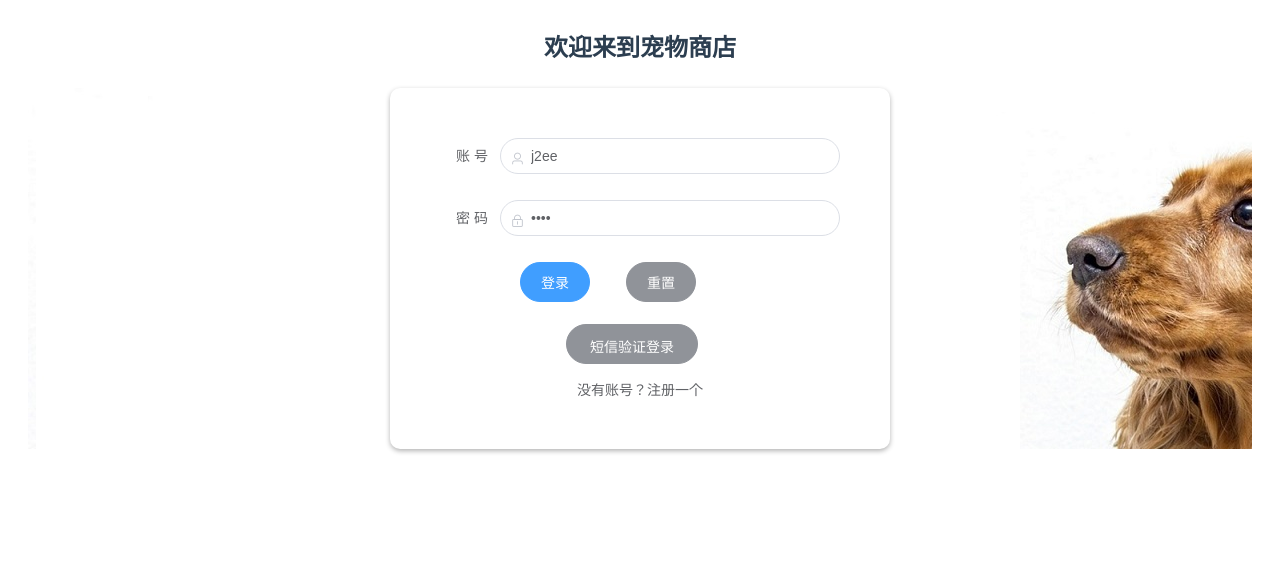
Repository: BreezeDoudou/hellovue
Page: /
The author's editor kept a copy of each file at every save. The page is drawn from the files as they stood at one save, then again after the next save.
The browser window is 1280 px wide. The pictures show the whole page.
The project was rebuilt for these pictures with package versions that can differ from the ones it lists, and the page was loaded fresh each time. Also part of the build but not shown: src/components/appcomonents/test.vue, src/views/index.vue, src/components/appcomonents/navbar.vue, src/components/HelloWorld.vue, src/components/account/selfaccount.vue, src/components/account/editForm.vue, src/components/appcomonents/main.vue, src/components/appcomonents/productForm.vue and 4 more. Imported but missing from the stored project, and not drawn on this page: src/components/appcomonents/menu.vue.

Above is the page before, as saved 2023-05-18 23:42:44.

### index.html
<!DOCTYPE html>
<html>
  <head>
    <meta charset="utf-8">
    <meta name="viewport" content="width=device-width,initial-scale=1.0">
    <title>hellovue</title>
  </head>
  <body>
    <div id="app"></div>
    <!-- built files will be auto injected -->
  </body>
</html>

### src/main.js
// The Vue build version to load with the `import` command
// (runtime-only or standalone) has been set in webpack.base.conf with an alias.
import Vue from 'vue';
import ElementUI from 'element-ui';
import 'element-ui/lib/theme-chalk/index.css';
import App from './App.vue';
import router from './router'
import axios from 'axios'
Vue.use(ElementUI);

axios.defaults.baseURL='http://localhost:8080'
axios.defaults.withCredentials='true'

Vue.prototype.$http =axios
Vue.prototype.$userid =''
new Vue({
  el: '#app',
  router,
  template: '<App/>',
  components: { App }
});

### src/App.vue
<template>
  <div id="app">

    <el-container>
  <el-header><h2>欢迎来到宠物商店</h2>
     </el-header>
  <el-main><router-view></router-view></el-main>
</el-container>
    <!-- 路由占位符 -->


  </div>
</template>

<script>
import login from './components/account/login.vue'
import Views from './views/index.vue';
import navbar from './components/appcomonents/navbar.vue'
import menu from './components/appcomonents/menu.vue';
export default {
    name: "App",
    components: { Views ,navbar,login,menu}
}
</script>

<style>
#app {
  font-family: 'Avenir', Helvetica, Arial, sans-serif;
  -webkit-font-smoothing: antialiased;
  -moz-osx-font-smoothing: grayscale;
  text-align: center;
  color: #2c3e50;
  margin-top: 0px;
}
</style>

### src/router/index.js
import Vue from 'vue'
import Router from 'vue-router'
import login from '../components/account/login.vue'
import HelloWorld from '../components/HelloWorld.vue'
import register from '../components/account/register.vue'
import phone from '../components/account/loginbyphone.vue'
import index from '../views/index.vue'
import test from '../components/appcomonents/test.vue'
import selfaccount from '../components/account/selfaccount.vue'
import editForm from '../components/account/editForm.vue'
import main from '../components/appcomonents/main.vue'
import productForm from '../components/appcomonents/productForm.vue'
import itemForm from '../components/appcomonents/itemForm.vue'
import test1 from '../components/account/test1.vue'
import cart from '../components/appcomonents/cart.vue'
import order from '../components/appcomonents/order.vue'
Vue.use(Router)

export default new Router({
  mode: 'history',
  routes: [

    {

      path: '/hello',
      component: HelloWorld
    },
    {
      path: '/',
      component: login,
    },
    {
      path: '/phone',
      component: phone,
    },
    {
      path: '/register',
      component: register
    },
    {
      path:'/test',
      component:test
    },
    {
      path:'/test1',
      component:test1
    },
    {
      path:'/index',
      component:index,
      children:[
        {
          path:'/',
          component:main
        },
        {
          path:'/selfaccount',
          component:selfaccount
        },
        {
          path:'/edit',
          component:editForm
        },
        {
          path:'/productForm',
          component:productForm,
        },
        {
          path:'/itemForm',
          component:itemForm
        },
         {
          path:'/cart',
          component:cart
         },
         {
          path:'/order',
          component:order
         }
      ]
    }

  ]

})

### src/components/account/login.vue

  <template>
<div id="background">
  <el-form :model="ruleForm" :rules="rules" ref="ruleForm" label-width="60px"  hide-required-asterisk size="medium"
     validate-on-rule-change>
    <el-form-item label="账  号" prop="username">
     <el-input v-model="ruleForm.username" prefix-icon="el-icon-user" ></el-input>
    </el-form-item>
    <el-form-item label="密  码" prop="password">
     <el-input v-model="ruleForm.password" prefix-icon= "el-icon-lock" type="password"></el-input>
    </el-form-item>
    <el-form-item id="button1">
        <el-button type="primary" round @click="onSubmit" >登录</el-button>
        <el-button type="info" round @click="resetForm">重置</el-button>
  </el-form-item>
  <el-button type="info" round @click="change">短信验证登录</el-button>
  <el-link href="/register" target="_blank">没有账号？注册一个</el-link>
  </el-form>
</div>

</template>
  <script>

    export default {
      data() {
        return {
            ruleForm: {
            username:'j2ee',
            password:'j2ee'

          },
          rules: {
          username: [
            { required: true, message: '请输入用户名', trigger: 'blur' },
            { min: 4, max: 10, message: '长度在 4 到 10 个字符', trigger: 'blur' }
          ],
          password: [
            { required: true, message: '密码不能为空', trigger: 'blur'}
          ],

        }
        }

      },
      methods: {
         resetForm(){
            console.log(this);
            this.$nextTick(() => {
        this.$refs['ruleForm'].resetFields();
      })
         },

        onSubmit() {
            this.$refs['ruleForm'].validate(async vali=>{
                if(!vali)return;
              const result= await this.$http.post('/Account',this.ruleForm);
              console.log(result.data)
              if(result.data.status!=0) this.$message({
          message: '账号或密码错误',
          type: 'warning'})
             else {this.$message({
          message: '登陆成功',
          type: 'success'})
          console.log(result.data.data.userid)
          this.$userid = result.data.data.userid;
          this.$router.push('/index?userid='+result.data.data.userid)

             }


            })
      },
      change(){
        this.$router.push('/phone')
      }

    }
}
  </script>
  <style>
.el-form {
    max-width: 400px;
    margin: 0 auto;
    padding: 50px;
    background-color: #fff;
    border-radius: 10px;
    box-shadow: 0 2px 5px rgba(0, 0, 0, 0.3);
  }

  /* 设置表单项之间的间距 */
  .el-form-item {
    margin-bottom: 30 px;
  }

  /* 利用 !important 强制更改样式的圆角为 20px */
  .el-input__inner,
  .el-button {
    border-radius: 20px !important;
  }

  /* 设置登录按钮样式 */
  .el-button[type="primary"] {
    width: 100%;
    height: 40px;
    border: none;
    margin-top: 30px;
    background-color: #1189FF;
  }

  /* 设置注册链接的样式 */
  .el-link {
    margin-top: 15px;
    display: block;
    text-align: center;
    color: #999;
  }

  /* 设置短信登录按钮的样式 */
  .el-button[type="info"] {
    height: 40px;
    margin-right: 10px;
  }

  .el-form-item.is-required:first-child .el-form-item__label {
    display: inline-block;
  }


  /* flex布局 */
  .el-form-item__content {
    display: flex;
    justify-content: space-between;
    align-items: center;
  }

  /* 调整input的宽度 */
  #authcode {
    width: 100%;
  }

  /* 设置发送验证码按钮位置 */
  .el-form-item__content .el-button {
    margin-left: 20px; /* 根据需要更改间距 */
  }

  #button1{
    display: flex;
  }

  #background{
    background-image: url("~@/assets/background.jpg");
}
</style>

### src/components/account/register.vue
<template>
    <el-form :model="registerForm" :rules="rules" ref="registerForm" label-width="100px" size="medium"
        validate-on-rule-change hide-required-asterisk status-icon>
        <h1>注册你的账号</h1>
        <el-form-item label="账  号" prop="userid">
            <el-input v-model="registerForm.userid" prefix-icon="el-icon-user"></el-input>
        </el-form-item>
        <el-form-item label="密码" prop="password">
            <el-input v-model="registerForm.password"></el-input>
        </el-form-item>
        <el-form-item label="重复密码" prop="repetpassword">
            <el-input v-model="registerForm.repetpassword"></el-input>
        </el-form-item>
        <el-form-item label="邮箱" prop="email">
            <el-input v-model="registerForm.email"></el-input>
            <el-button type="primary" @click="send">发送验证码</el-button>
        </el-form-item>
        <el-form-item label="邮箱验证码" prop="authcode">
            <el-input v-model="registerForm.authcode"></el-input>
        </el-form-item>
        <el-form-item label="手机号" prop="phone">
            <el-input v-model="registerForm.phone"></el-input>
        </el-form-item>
        <el-form-item label="姓" prop="firstname">
            <el-input v-model="registerForm.firstname"></el-input>
        </el-form-item>
        <el-form-item label="名" prop="lastname">
            <el-input v-model="registerForm.lastname"></el-input>
        </el-form-item>
        <el-form-item label="地址一" prop="addr1">
            <el-input v-model="registerForm.addr1"></el-input>
        </el-form-item>
        <el-form-item label="地址二" prop="addr2">
            <el-input v-model="registerForm.addr2"></el-input>
        </el-form-item>
        <el-form-item label="城市" prop="city">
            <el-input v-model="registerForm.city"></el-input>
        </el-form-item>
        <el-form-item label="区域" prop="state">
            <el-input v-model="registerForm.state"></el-input>
        </el-form-item>
        <el-form-item label="是否为管理员" prop="status">
            <el-input v-model="registerForm.status"></el-input>
        </el-form-item>
        <el-form-item label="地区编号" prop="zip">
            <el-input v-model="registerForm.zip"></el-input>
        </el-form-item>
        <el-form-item label="国家" prop="country">
            <el-input v-model="registerForm.country"></el-input>
        </el-form-item>
        <el-form-item>
            <el-button type="primary" @click="onSubmit">立即创建</el-button>
            <el-button @click="back">返回登陆</el-button>
        </el-form-item>
    </el-form>
</template>

<script>
export default {
    data() {var validatePass2 = (rule, value, callback) => {
            if (value === '') {
                callback(new Error('请再次输入密码'));
            } else if (value !== this.registerForm.password) {
                callback(new Error('两次输入密码不一致!'));
            } else {
                callback();
            }
        };
        var validateUserid = (rule, value, callback) => {
            if (value === '') { callback(new Error('请输入账号')) }
            else {
                this.$http.get('/isAccountExit', {
                    params: {
                        account: value
                    }}).then(
                        success => {
                            console.log(success.data)
                            if(success.data.data==='账号已存在'){
                                callback(new Error('账号此存在'))
                            }
                            else{
                                callback()
                            }
                        }
                    )

            }

        };
        return {
            registerForm: {
                userid: 'test',
                password: 'test',
                lastname: 'test',
                email: '2210530985@qq.com',
                authcode: '4455',
                authcode_1: 'test',
                firstname: 'test',
                state: 'test',
                status: 'ok',
                repetpassword: 'test',
                city: 'test',
                country: 'test',
                zip: 'test',
                phone: '18710413658',
                addr1: 'test',
                addr2: 'test'
            },
            rules: {
                userid: [
                    {
                        validator: validateUserid, trigger: 'blur'
                    }
                ],

                phone: [
                    { required: true, message: '请输入手机号', trigger: 'blur' },
                    { min: 11, max: 11, message: '请输入正确的手机号', trigger: 'blur' }
                ],
                password: [
                    { required: true, message: '密码不能为空', trigger: 'blur' }
                ],
                lastname: [
                    { required: true, message: '名不能为空', trigger: 'blur' },
                ],
                email: [
                    { required: true, message: '邮箱不能为空', trigger: 'blur' },
                    { type: 'email', message: '请输入正确的邮箱地址', trigger: ['blur', 'change'] }
                ],
                authcode: [
                    { required: true, message: '验证码不能为空', trigger: 'blur' },
                ],
                firstname: [
                    { required: true, message: '姓氏不能为空', trigger: 'blur' },
                ], state: [
                    { required: true, message: '州不能为空', trigger: 'blur' },
                ], status: [
                    { required: true, message: '权限不能为空', trigger: 'blur' },
                ],
                country: [
                    { required: true, message: '国家不能为空', trigger: 'blur' },
                ],
                repetpassword: [
                    {
                        validator: validatePass2, trigger: 'blur'
                    }
                ]


            }
        };




    },
    methods: {
        onSubmit() {
            console.log(this.registerForm);
            this.$refs['registerForm'].validate(async vali=>{
             if(!vali)
               return;
               const result =await this.$http.post('/newAccount',this.registerForm,{
                params:{
                    authcode:this.registerForm.authcode,
                    password:this.registerForm.password
                }
               })
               console.log(result.data)
        })
    },
        back() {
            this.$router.push('/')
        },
        resetForm() {

            this.$nextTick(() => {
                this.$refs['registerForm'].resetFields();
            })
        },
        send(){
             if(this.registerForm.email!=''){
                this.$http.get('/email',{
                    params:{
                        email:this.registerForm.email}
                    }).then(
                        success=>{console.log(success.data),
                        this.$message({ message: '发送成功',
                            type: 'success'})}

                    )
                }
             }
        }
    }

</script>

<style>
/* 注册表单样式 */
.el-form {
  width: 600px;
  margin: 50px auto;
  padding: 30px;
  border-radius: 8px;
  box-shadow: 0 5px 20px rgba(0, 0, 0, 0.2);
  background-color: #ffffff;
}

/* 表单标题样式 */
.el-form h1 {
  margin-bottom: 18px;
  font-size: 24px;
  font-weight: bold;
}

/* 表单输入控件样式 */
.el-input {
  width: 100%;
  height: 40px;
  border-radius: 4px;
  font-size: 14px;
  line-height: 1.5;
}

/* 输入框prefix-icon样式 */
.el-input__prefix {
  color: #c0c4cc;
}

/* 发送验证码按钮样式 */
.el-button--primary {
  margin-left: 12px;
  height: 40px;
  line-height: 38px;
  font-size: 14px;
}

/* 按钮样式 */
.el-button {
  height: 40px;
  line-height: 20px;
  font-size: 14px;
  margin-right: 16px;
  border-radius: 4px;
}

/* 返回链接样式 */
.el-form-item__content > a {
  color: #409eff;
  font-size: 14px;
}

/* 错误提示样式 */
.el-form-item__error {
  font-size: 14px;
  color: #f56c6c;
}

/* 验证成功图标样式 */
.el-icon-check {
  color: #67c23a;
}

/* 验证失败图标样式 */
.el-icon-close {
  color: #f56c6c;
}

.el-form-item__content {
  display: flex;
  align-items: center;
}

.el-input {
  flex: 1; /* 占据剩余空间 */
}

.el-button--primary {
  margin-left: 10px;
}
</style>

### src/components/account/loginbyphone.vue
<template>
    <el-form :model="ruleForm" :rules="rules" ref="ruleForm" label-width="60px" hide-required-asterisk size="medium"
        validate-on-rule-change>
        <el-form-item label="手机号" prop="phone">
            <el-input v-model="ruleForm.phone" prefix-icon="el-icon-phone"></el-input>
        </el-form-item>
        <el-form-item label="验证码" prop="authcode">
            <el-input v-model="ruleForm.authcode" prefix-icon="el-icon-s-promotion" id="authcode"></el-input>
            <el-button type="primary" round @click="send" size="small">发送验证码</el-button>
        </el-form-item>
        <el-form-item id="button1">
            <el-button type="primary" round @click="onSubmit">登录</el-button>
            <el-button type="info" round @click="resetForm">重置</el-button>
        </el-form-item>
        <el-button type="info" round @click="change">账号密码登录</el-button>
        <el-link href="/register" target="_blank">没有账号？注册一个</el-link>
    </el-form>
</template>
<script>

export default {
    data() {
        return {
            ruleForm: {
                phone: '18710413658',
                authcode: '',
                authcode_1: ''
            },
            rules: {
                phone: [
                    { required: true, message: '请输入手机号', trigger: 'blur' },
                    { min: 11, max: 11, message: '请输入正确的手机号', trigger: 'blur' }
                ],
                password: [
                    { required: true, message: '验证码不能为空', trigger: 'blur' },
                    { min: 4, max: 4, message: '请输入正确的验证码', trigger: 'blur' }
                ],

            }
        }

    },
    methods: {
        resetForm() {
            console.log(this);
            this.$nextTick(() => {
                this.$refs['ruleForm'].resetFields();
            })
        },

        onSubmit() {
            this.$refs['ruleForm'].validate(async vali => {
                if (!vali) return;
                const result = await this.$http.get('/Phone', {
                    params: {
                        Phone: this.ruleForm.phone,
                        Authcode: this.ruleForm.authcode
                    }
                });
                console.log(result.data)
                if (result.data.status != 0) this.$message({
                    message: '验证码错误',
                    type: 'warning'
                })
                else this.$message({
                    message: '登陆成功',
                    type: 'success'
                })
            })
        },

        change() {
            this.$router.push('/')
        },
        send() {
            if (this.ruleForm.phone != '' && this.ruleForm.phone.length == 11) {
                this.$http.get('/message', {
                    params: {
                        Phone: this.ruleForm.phone
                    }
                }).then(
                    succuess => {
                        console.log(succuess.data)
                        this.ruleForm.authcode_1 = 3344
                        this.$message({
                            message: '发送成功',
                            type: 'success'
                        })
                    }
                )

            }

        }


    }
}
</script>
<style>
.el-form {
    max-width: 400px;
    margin: 0 auto;
    padding: 50px;
    background-color: #fff;
    border-radius: 10px;
    box-shadow: 0 2px 5px rgba(0, 0, 0, 0.3);
  }

  /* 设置表单项之间的间距 */
  .el-form-item {
    margin-bottom: 30 px;
  }

  /* 利用 !important 强制更改样式的圆角为 20px */
  .el-input__inner,
  .el-button {
    border-radius: 20px !important;
  }

  /* 设置登录按钮样式 */
  .el-button[type="primary"] {
    width: 100%;
    height: 40px;
    border: none;
    margin-top: 30px;
    background-color: #1189FF;
  }

  /* 设置注册链接的样式 */
  .el-link {
    margin-top: 15px;
    display: block;
    text-align: center;
    color: #999;
  }

  /* 设置短信登录按钮的样式 */
  .el-button[type="info"] {
    height: 40px;
    margin-right: 10px;
  }

  .el-form-item.is-required:first-child .el-form-item__label {
    display: inline-block;
  }

  /* flex布局 */
  .el-form-item__content {
    display: flex;
    justify-content: space-between;
    align-items: center;
  }

  /* 调整input的宽度 */
  #authcode {
    width: 100%;
  }

  /* 设置发送验证码按钮位置 */
  .el-form-item__content .el-button {
    margin-left: 20px; /* 根据需要更改间距 */
  }

  #button1{
    display: flex;
    align-items: center;
  }
</style>

After the next save:
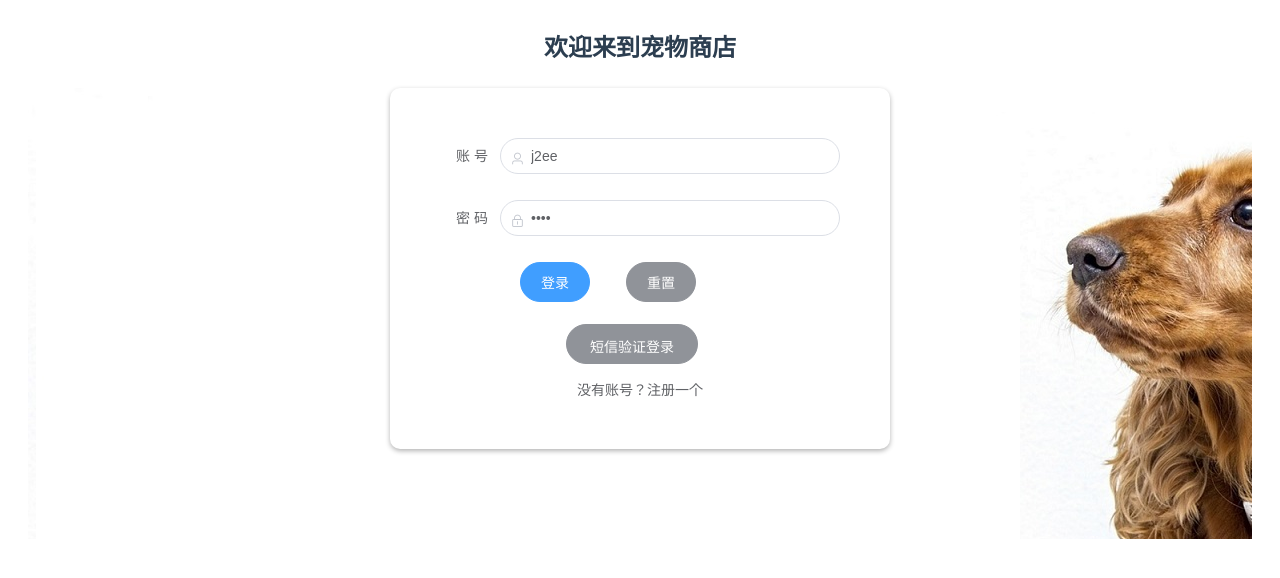
Saved 2 min 15 s later.
--- a/src/components/account/login.vue
+++ b/src/components/account/login.vue
@@ -1,5 +1,4 @@
-
-  <template>
+<template>
 <div id="background">
   <el-form :model="ruleForm" :rules="rules" ref="ruleForm" label-width="60px"  hide-required-asterisk size="medium"
      validate-on-rule-change>
@@ -16,6 +15,11 @@
   <el-button type="info" round @click="change">短信验证登录</el-button>
   <el-link href="/register" target="_blank">没有账号？注册一个</el-link>
   </el-form>
+  <br>
+  <br>
+  <br>
+  <br>
+  <br>
 </div>
 
 </template>
